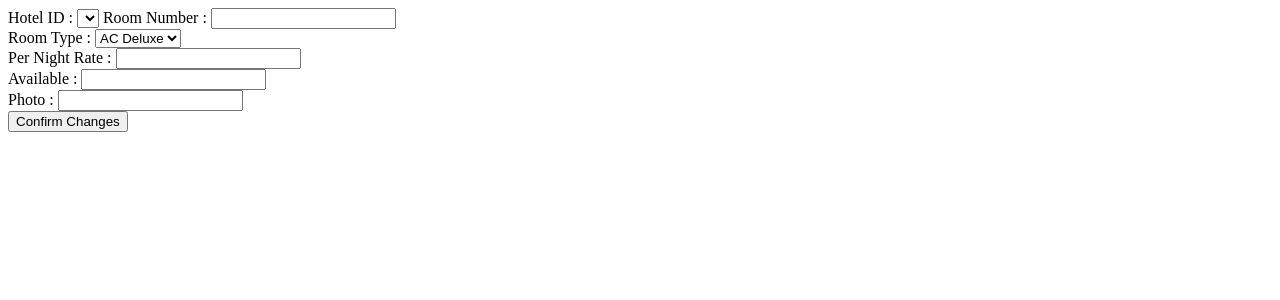
Repository: dishangjain/SpringProject
Page: http://localhost/HotelBookingManagementSystem/JSPs/AddNewRoom.jsp
These files come from the project's save history. The page is drawn as it stood at one moment and after the next save; the edit follows.
The browser window is 1280 px wide. The pictures show the whole page.
The page is served by Tomcat 9. Nobody is signed in. The application's start-up code is not run. Other server files are loaded and not shown. The template is opened directly, without the code that normally fills it, so the values that code supplies are empty.

Above is the page before, as saved 2017-10-14 11:35:23.

### HotelBookingManagementSystem/WebContent/JSPs/AddNewRoom.jsp
<%@ page language="java" contentType="text/html; charset=ISO-8859-1"
    pageEncoding="ISO-8859-1"%>

     <%@ taglib uri="http://java.sun.com/jsp/jstl/core" prefix="c"%>
        <%@ taglib uri="http://www.springframework.org/tags/form" prefix="form"%>
<!DOCTYPE html PUBLIC "-//W3C//DTD HTML 4.01 Transitional//EN" "http://www.w3.org/TR/html4/loose.dtd">
<html>
	<head>
		<meta http-equiv="Content-Type" content="text/html; charset=ISO-8859-1">
		<title>Add new Room</title>
	</head>
	<body>

		<form:form method="post" modelAttribute="roomBean"  action="insertRoom.do" >

			<label for="hotelID">Hotel ID :</label>
			<form:select name="hotelID" path="hotelID" id="hotelID">
					<c:forEach items="${ hotelList }" var="hotel">
						<option value="${hotel.hotelID }">${hotel.hotelName }</option>
					</c:forEach>
			</form:select>

			<label for="roomNumber">Room Number :</label>
		  		<form:input path="roomNumber" id="roomNumber" type="text"/><br/>

		  	<label for="roomType">Room Type :</label>
		  		<form:select path="roomType" id="roomType" >
		  			<form:option value="AC Deluxe">AC Deluxe</form:option>
		  			<form:option value="AC">AC</form:option>
		  			<form:option value="Non-AC">Non-AC</form:option>
		  		</form:select>
		  			<br/>

		  	<label for="perNightRate">Per Night Rate :</label>
		  		<form:input path="perNightRate" id="perNightRate" type="text"/><br/>

		  	<label for="available">Available :</label>
		  		<form:input path="available" id="available" type="text"/><br/>

		  	<label for="photo">Photo :</label>
		  		<form:input path="photo" id="photo" type="text"/><br/>


			<input type="submit" value="Confirm Changes"/>

		</form:form>

	</body>
</html>

After the next save:
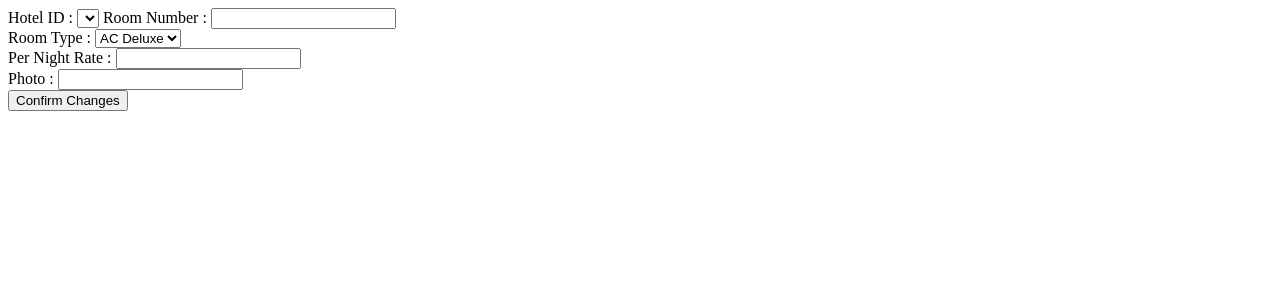
Saved 9 min 13 s later.
--- a/HotelBookingManagementSystem/WebContent/JSPs/AddNewRoom.jsp
+++ b/HotelBookingManagementSystem/WebContent/JSPs/AddNewRoom.jsp
@@ -34,9 +34,6 @@
 		  	<label for="perNightRate">Per Night Rate :</label>
 		  		<form:input path="perNightRate" id="perNightRate" type="text"/><br/>
 
-		  	<label for="available">Available :</label>
-		  		<form:input path="available" id="available" type="text"/><br/>
-
 		  	<label for="photo">Photo :</label>
 		  		<form:input path="photo" id="photo" type="text"/><br/>
 
